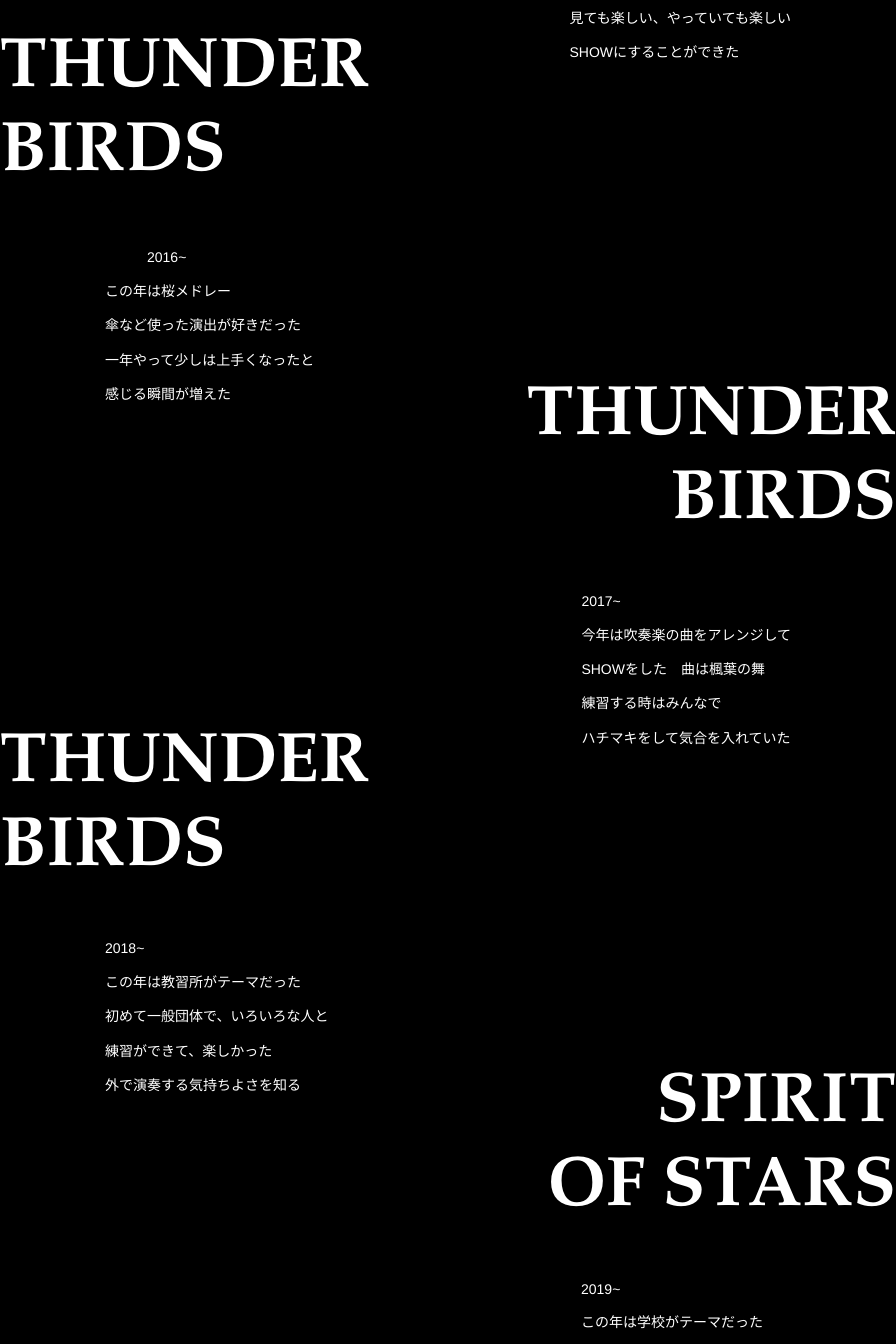
Repository: yutosoma/profile
Page: yuto/marching.html
The author's editor kept a record of every edit. The page is drawn from the files as they stood at one moment, then again after the next edit.
The browser window is 1280 px wide. The pictures show the part of the page from y = 1000 to 2920 px (the page is 3859 px tall), at 70% of full size.

Above is the page before.
Console error: TypeError: Cannot read properties of null (reading 'addEventListener')

### yuto/marching.html
<!DOCTYPE html>
<html lang="en">
<head>
    <meta charset="UTF-8">
    <link rel="stylesheet" href="marching.css">
    <meta name="viewport" content="width=device-width, initial-scale=1.0">
    <meta http-equiv="X-UA-Compatible" content="ie=edge">
    <title>マーチング</title>
</head>

<body>
    <h1>MARCHING HISTORY</h1>
    <div class ="top-container-left">
         <P id="fadein1" class="fadein-before"><img src="image/mar1.png" class= "mar1"></P>
         <div class="explanation-left">
           <p>　　　2015~</p>
           <p>この年の曲はSMAPのメドレー</p>
           <P>曲中にダンスを取り入れたりして</P>
           <P>見ても楽しい、やっていても楽しい</P>
           <p>SHOWにすることができた</p>

         </div>
   </div>
   <h3 class="left">THUNDER<span class="br"></span> BIRDS</h3>
    <div class ="top-container-right">
         <div class="explanation-right">
          <P>　　　2016~</P>
          <P>この年は桜メドレー</P>
          <P>傘など使った演出が好きだった</P>
          <P>一年やって少しは上手くなったと</P>
          <p>感じる瞬間が増えた</p>
         </div>
         <P id="fadein2" class="fadein-before"><img src="image/mar2.png" class= "mar2"></P>
   </div>
   <h3 class="right">THUNDER<span class="br"></span> BIRDS</h3>
    <div class ="top-container-left">
         <P id="fadein3" class="fadein-before"><img src="image/mar3.png" class= "mar3"></P>
         <div class="explanation-left">
           <P>2017~</P>
           <P>今年は吹奏楽の曲をアレンジして</P>
           <P>SHOWをした　曲は楓葉の舞</P>
           <P>練習する時はみんなで</P>
           <P>ハチマキをして気合を入れていた</P>
         </div>
   </div>
   <h3 class="left">THUNDER<span class="br"></span> BIRDS</h3>
    <div class ="top-container-right">
         <div class="explanation-right">
          <P>2018~</P>
          <P>この年は教習所がテーマだった</P>
          <P>初めて一般団体で、いろいろな人と</P>
          <P>練習ができて、楽しかった</P>
          <p>外で演奏する気持ちよさを知る</p>
         </div>
         <P id="fadein4" class="fadein-before"><img src="image/mar4.png" class= "mar4"></P>
    </div>
   <h3 class="right">SPIRIT<span class="br"></span>OF STARS</h3>

    <div class ="top-container-left">
         <P id="fadein5" class="fadein-before"><img src="image/mar5.png" class= "mar5"></P>
         <div class="explanation-left">
           <P>2019~</P>
           <P>この年は学校がテーマだった</P>
           <P>日焼け止めを塗らずに</P>
           <P>練習をしていたので</P>
           <P>練習終わりはいつも真っ黒だった</P>
         </div>
   </div>
   <h3 class="left">SPIRIT<span class="br"></span> OF STAR</h3>
   <div class ="top-container-right">
         <div class="explanation-right">
          <P>2020~</P>
          <P>この年は、戦がテーマだった</P>
          <P>栃木県まで練習しにいく</P>
          <P>初めて全国大会に出場することできて</P>
          <p>続けてよかったなと思った。</p>
         </div>
         <P id="fadein6" class="fadein-before"><img src="image/mar6.png" class= "mar6"></P>
    </div>
    <h3 class="right">SATUKI<span class="br"></span>　DREAMERS</h3>

    <script src="marching.js"></script>

   <footer>
        <small>ⓒ2022 yuto<small>
    </footer>

</body>
</html>

### yuto/marching.css
body{
 margin:0;
 background-color: black;
 font-family: 'Avenir','Helvetica Neue','Helvetica','Arial','Hiragino Sans','ヒラギノ角ゴシック',YuGothic,'Yu Gothic','メイリオ', Meiryo,'ＭＳ Ｐゴシック','MS PGothic'
}
.top-container-right {
display: flex;
margin-bottom: 200px;
text-align: right;
}
.top-container-left {
display: flex;
margin-bottom: 200px;
}
.mar1, .mar2, .mar3, .mar4, .mar5, .mar6 {
  padding: 10px;
  width: 50%;
  opacity: 0;
  transition-duration: 0.8s;
}
h1 {
    color: white;
    font-size: 190px;
    text-align: center;
    animation: blink-fast .3s linear infinite;
    font-family:"Book Antiqua";
    margin-bottom: 250px;
}
@keyframes blink-fast {
  0% {
    opacity: 0;
  }
  10% {
    opacity: 1;
  }
}


h3 {
  position: relative;
  bottom: 530px;
  font-size: 130px;
  text-align: center;
  margin-bottom: -420px;
  color: white;
  font-family:"Book Antiqua";
}
.explanation-left {
    color: white;
    position: relative;
    right:150px;
    top:10px;
    font-size: 20px;
    white-space: nowrap;

}
.explanation-right {
    color: white;
    position: relative;
    left:150px;
    top:10px;
    font-size: 20px;
    white-space: nowrap;
    text-align: left;
}
footer {
    margin-top: 30px;
    background-color:#652a60;
    font-color: black;
    font-size: 20px;
    text-align: center;
}

.is-scrollIn {
      opacity: 1;
      transform: translate(0, -100px);
    }

@media screen and (max-width: 1327px) {
  .left {
  position: relative;
  bottom: 530px;
  font-size: 100px;
  text-align: left;
  margin-bottom: -490px;
  color: white;
  font-family:"Book Antiqua";
}
.right {
  position: relative;
  bottom: 530px;
  font-size: 100px;
  text-align: right;
  margin-bottom: -490px;
  color: white;
  font-family:"Book Antiqua";
}
.br::after {
    content: "\A";
    white-space: pre;
}

}

### yuto/marching.js
const FADEIN_ELEM1 = document.getElementById('fadein1');

window.addEventListener('scroll', () => {
    const FADEIN_ELEM_TOP = FADEIN_ELEM1.getBoundingClientRect().top;
    const WINDOW_HEIGHT = window.innerHeight;
    if (WINDOW_HEIGHT > (FADEIN_ELEM_TOP + 200)) {
        FADEIN_ELEM1.classList.add('fadein-after');
    }else{
        FADEIN_ELEM1.classList.remove('fadein-after');
    }
});
/*---------------------------------------------------------*/
const FADEIN_ELEM2 = document.getElementById('fadein2');

window.addEventListener('scroll', () => {
    const FADEIN_ELEM_TOP = FADEIN_ELEM2.getBoundingClientRect().top;
    const WINDOW_HEIGHT = window.innerHeight;
    if (WINDOW_HEIGHT > (FADEIN_ELEM_TOP + 200)) {
        FADEIN_ELEM2.classList.add('fadein-after');
    }else{
        FADEIN_ELEM2.classList.remove('fadein-after');
    }
});
/*---------------------------------------------------------*/
const FADEIN_ELEM3 = document.getElementById('fadein3');

window.addEventListener('scroll', () => {
    const FADEIN_ELEM_TOP = FADEIN_ELEM3.getBoundingClientRect().top;
    const WINDOW_HEIGHT = window.innerHeight;
    if (WINDOW_HEIGHT > (FADEIN_ELEM_TOP + 200)) {
        FADEIN_ELEM3.classList.add('fadein-after');
    }else{
        FADEIN_ELEM3.classList.remove('fadein-after');
    }
});
/*---------------------------------------------------------*/
const FADEIN_ELEM4 = document.getElementById('fadein4');

window.addEventListener('scroll', () => {
    const FADEIN_ELEM_TOP = FADEIN_ELEM4.getBoundingClientRect().top;
    const WINDOW_HEIGHT = window.innerHeight;
    if (WINDOW_HEIGHT > (FADEIN_ELEM_TOP + 200)) {
        FADEIN_ELEM4.classList.add('fadein-after');
    }else{
        FADEIN_ELEM4.classList.remove('fadein-after');
    }
});
/*---------------------------------------------------------*/
const FADEIN_ELEM5 = document.getElementById('fadein5');

window.addEventListener('scroll', () => {
    const FADEIN_ELEM_TOP = FADEIN_ELEM5.getBoundingClientRect().top;
    const WINDOW_HEIGHT = window.innerHeight;
    if (WINDOW_HEIGHT > (FADEIN_ELEM_TOP + 200)) {
        FADEIN_ELEM5.classList.add('fadein-after');
    }else{
        FADEIN_ELEM5.classList.remove('fadein-after');
    }
});
/*---------------------------------------------------------*/
const FADEIN_ELEM6 = document.getElementById('fadein6');

window.addEventListener('scroll', () => {
    const FADEIN_ELEM_TOP = FADEIN_ELEM6.getBoundingClientRect().top;
    const WINDOW_HEIGHT = window.innerHeight;
    if (WINDOW_HEIGHT > (FADEIN_ELEM_TOP + 200)) {
        FADEIN_ELEM6.classList.add('fadein-after');
    }else{
        FADEIN_ELEM6.classList.remove('fadein-after');
    }
});
/*---------------------------------------------------------*/
const scroll_to_top_btn = document.querySelector('#scroll-to-top-btn');
scroll_to_top_btn.addEventListener( 'click' , scroll_to_top );

function scroll_to_top(){
	window.scroll({top: 0, behavior: 'smooth'});
};

window.addEventListener( 'scroll' , scroll_event );

function scroll_event(){

	if(window.pageYOffset > 400){
		scroll_to_top_btn.style.opacity = '1';
	}else	if(window.pageYOffset < 400){
		scroll_to_top_btn.style.opacity = '0';
	}

};

After the next edit:
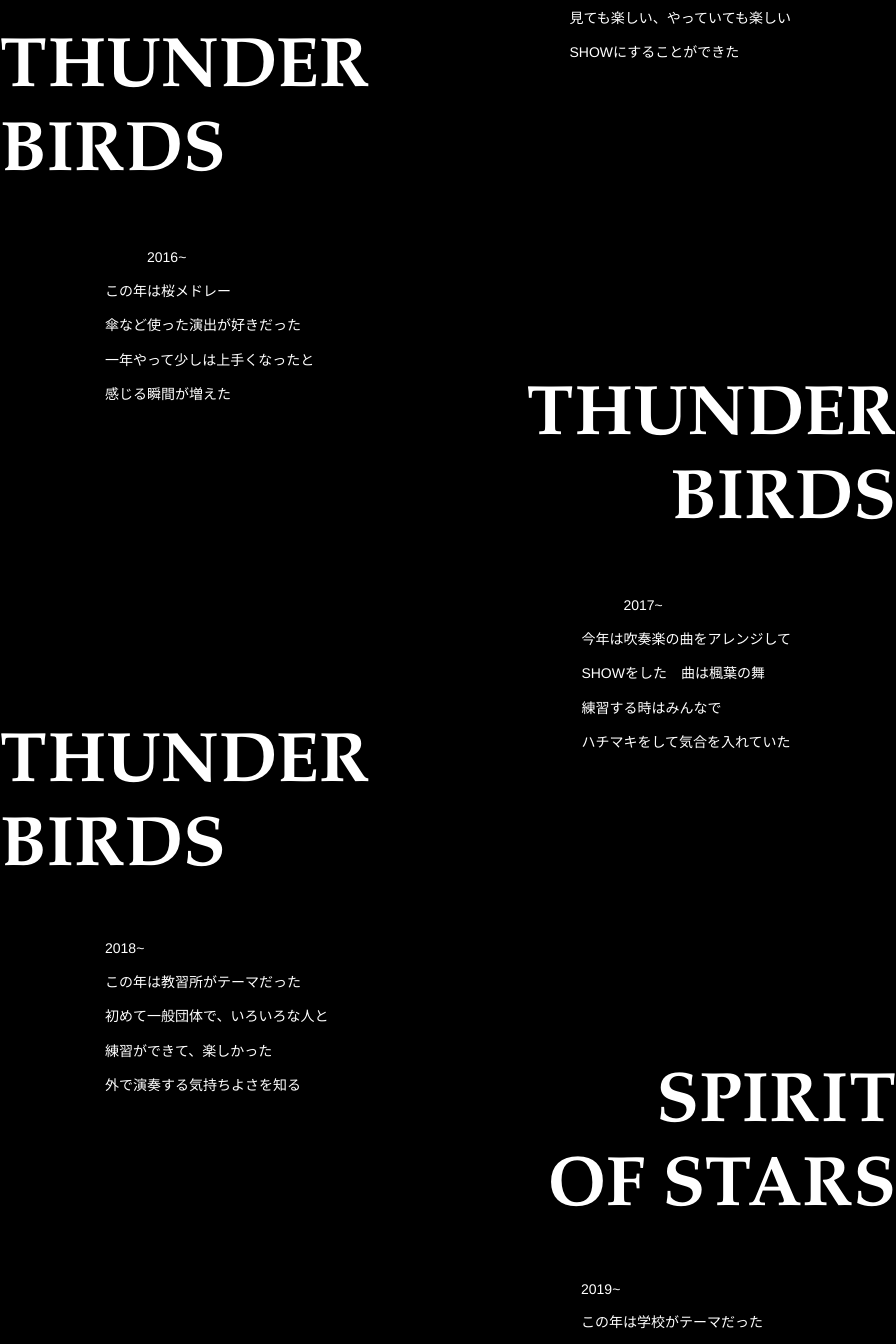
The edit:
--- a/yuto/marching.html
+++ b/yuto/marching.html
@@ -36,7 +36,7 @@
     <div class ="top-container-left">
          <P id="fadein3" class="fadein-before"><img src="image/mar3.png" class= "mar3"></P>
          <div class="explanation-left">
-           <P>2017~</P>
+           <P>　　　2017~</P>
            <P>今年は吹奏楽の曲をアレンジして</P>
            <P>SHOWをした　曲は楓葉の舞</P>
            <P>練習する時はみんなで</P>
